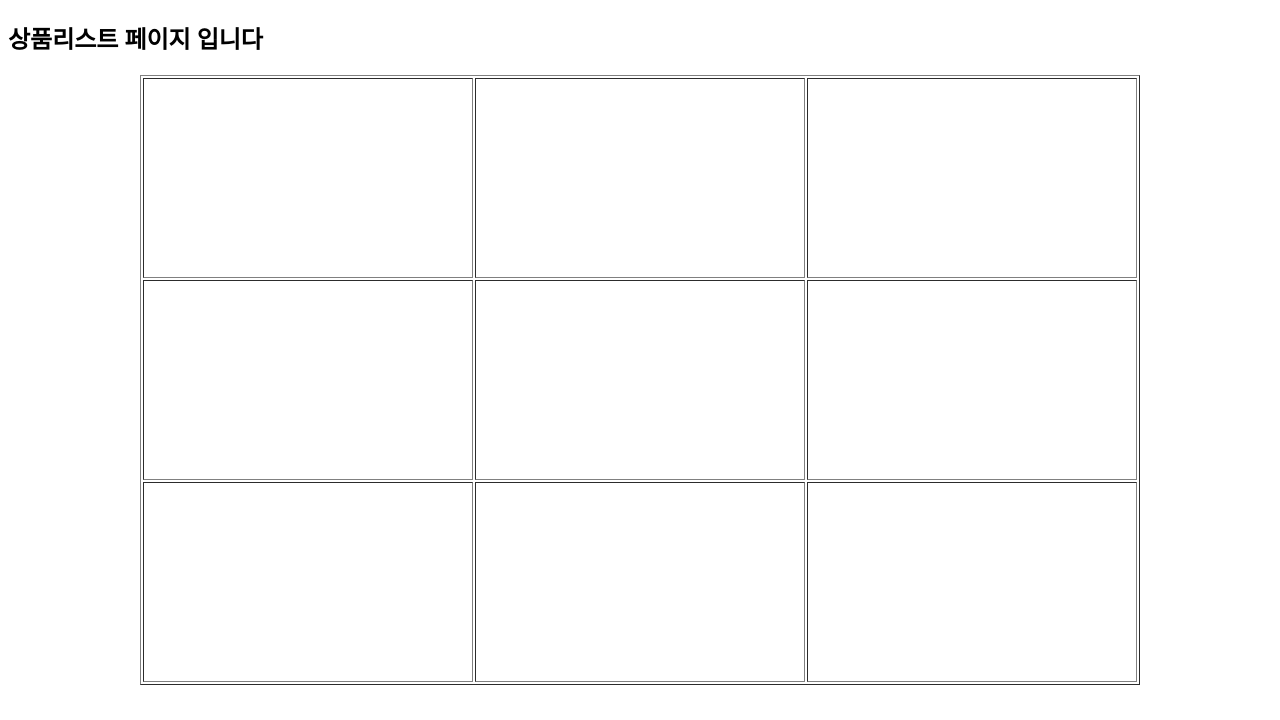
Repository: simjinbo/shoppingmall-lookbom
Page: http://localhost/lookBomProject/views/product/productListView.jsp
These files come from the project's save history. The page is drawn as it stood at one moment and after the next save; the edit follows.
The browser window is 1280 px wide. The pictures show the whole page.
The page is served by Tomcat 9. Nobody is signed in. The application's start-up code is not run.

Above is the page before, as saved 2019-03-12 03:45:36.

After the next save:
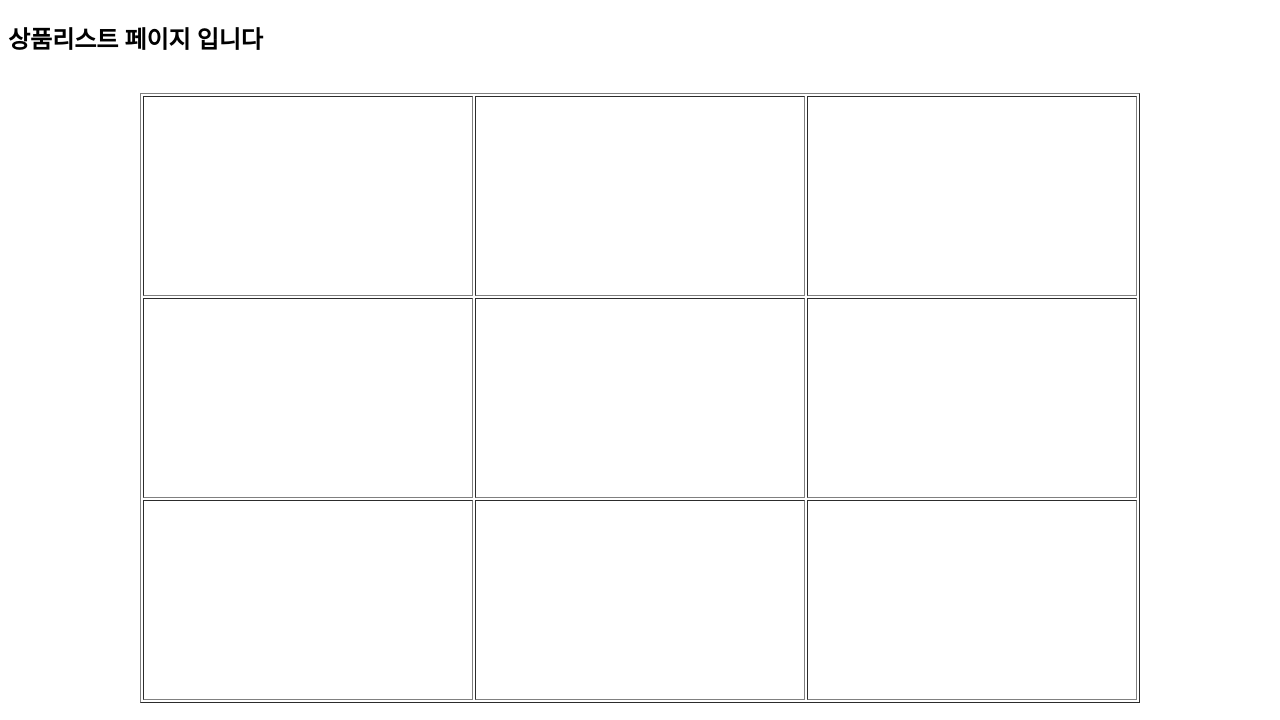
Saved 2 min 47 s later.
--- a/lookBomProject/web/views/product/productListView.jsp
+++ b/lookBomProject/web/views/product/productListView.jsp
@@ -9,7 +9,7 @@
 <body>
 <h2>상품리스트 페이지 입니다</h2>
 <table align ="center" width="1000" border="1px solid #bcbcbc">
-<tr height="200"><th></th><th></th><th></th></tr>
+<tr height="200"><th></th>&nbsp;&nbsp;<th></th><th></th></tr>
 <tr height="200"><th></th><th></th><th></th></tr>
 <tr height="200"><th></th><th></th><th></th></tr>
 </table>

After the save that followed:
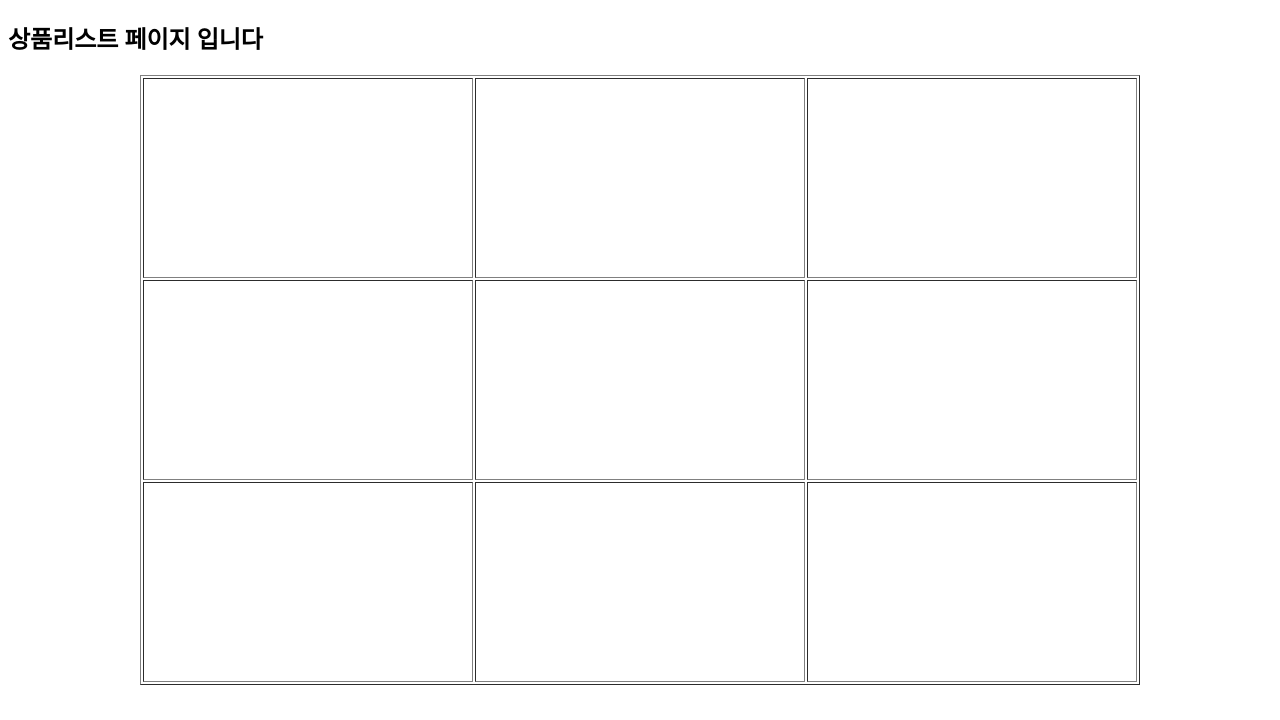
Saved 15 s later.
--- a/lookBomProject/web/views/product/productListView.jsp
+++ b/lookBomProject/web/views/product/productListView.jsp
@@ -9,7 +9,7 @@
 <body>
 <h2>상품리스트 페이지 입니다</h2>
 <table align ="center" width="1000" border="1px solid #bcbcbc">
-<tr height="200"><th></th>&nbsp;&nbsp;<th></th><th></th></tr>
+<tr height="200"><th></th><th></th><th></th></tr>
 <tr height="200"><th></th><th></th><th></th></tr>
 <tr height="200"><th></th><th></th><th></th></tr>
 </table>
